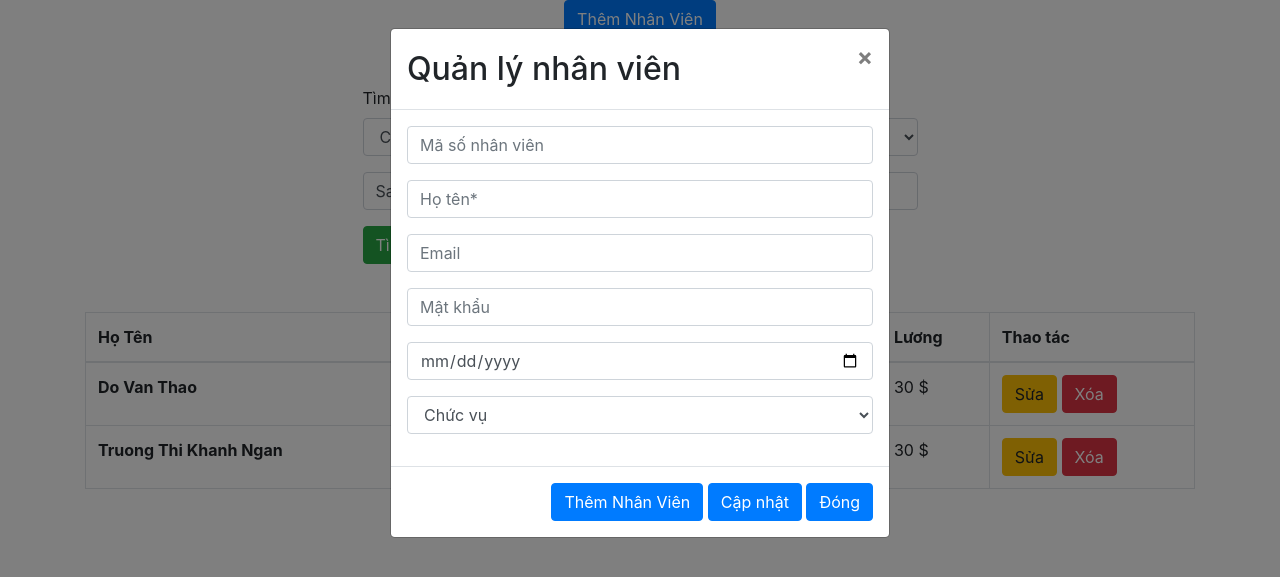
Repository: dovanthao2404/quanlynhanvien
Page: index.html
An editor plug-in stored every save of this project. The page is shown before and after the next save, followed by the edit.
The browser window is 1280 px wide. The pictures show the whole page.
Empty fields were first filled with sample values (such as "Sample", 5 or name@example.com).
After loading, the first visible `#goiModal` was clicked once.

Above is the page before, as saved 2021-06-30 01:12:26.

After the next save:
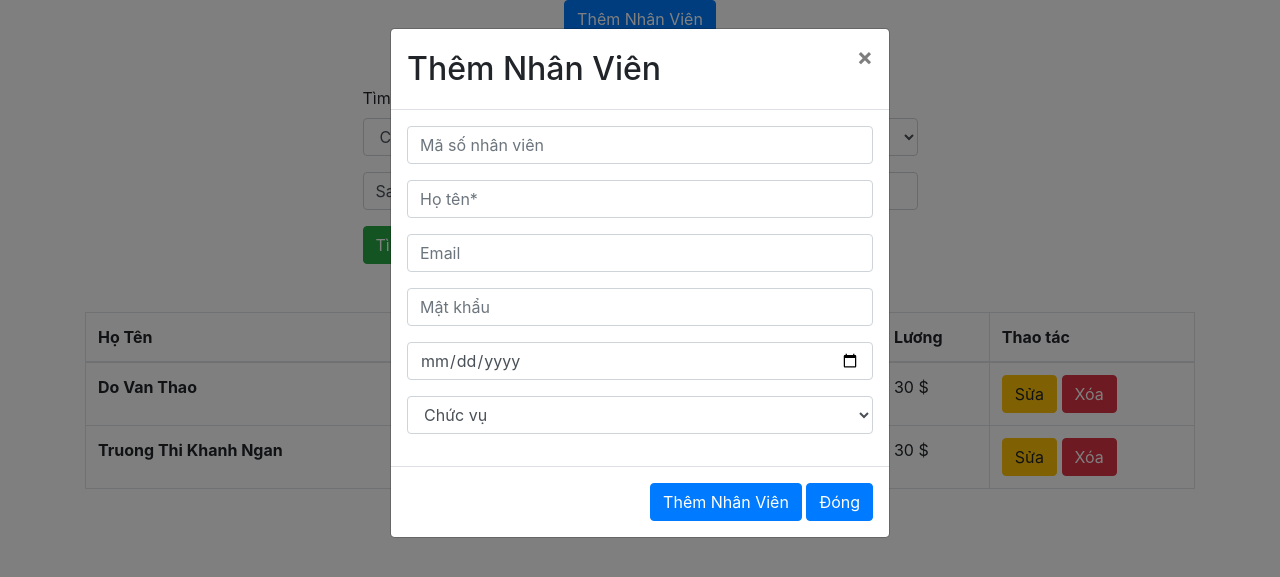
Saved 16 s later.
--- a/js/main.js
+++ b/js/main.js
@@ -30,7 +30,7 @@ GoiModal = (modal_title, readonly = false, type = 1) => {
 }
 
 getEle('goiModal').addEventListener('click', function () {
-  GoiModal
+  GoiModal("Thêm Nhân Viên");
 })
 
 // Reset form
